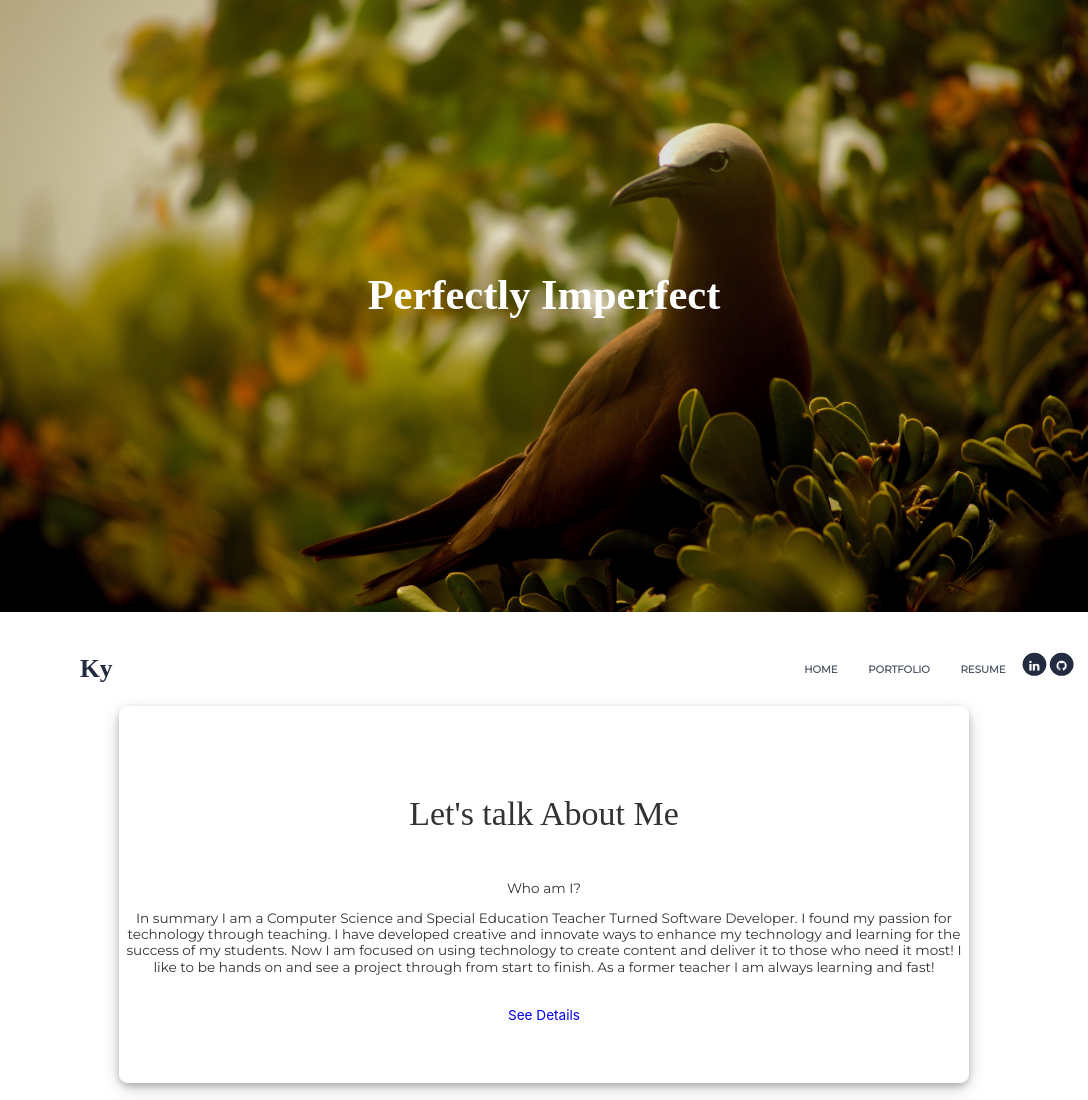
Repository: kkyler24/Perfectly-Imperfect
Page: / (app in imperfect/)
These files come from the project's save history. The page is drawn as it stood at one moment and after the next save; the edit follows.
The browser window is 1280 px wide. The pictures show the whole page, at 85% of full size.
Backgrounds fixed to the window are drawn as part of the page. Some web fonts or font styles are not loaded; a fallback is used. The project was rebuilt for these pictures with package versions that can differ from the ones it lists, and the page was loaded fresh each time.

Above is the page before, as saved 2020-08-06 13:47:10.

After the next save:
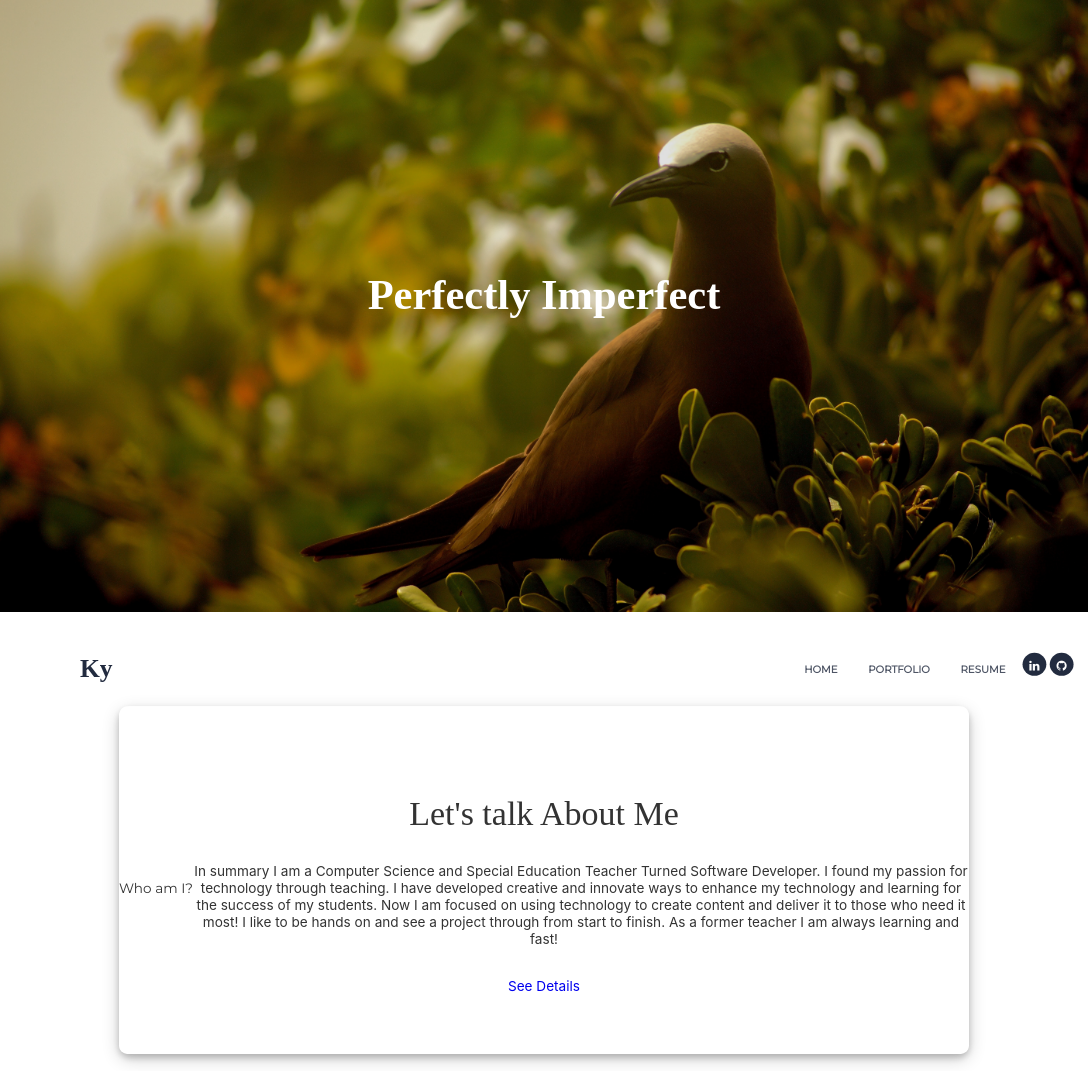
Saved 16 s later.
--- a/imperfect/src/Components/aboutMeIndex/aboutme.js
+++ b/imperfect/src/Components/aboutMeIndex/aboutme.js
@@ -9,20 +9,17 @@ function Aboutme() {
           <div class="row">
             <div class="ml-auto mr-auto col-md-8">
               <h2 class="titleAB">Let's talk About Me</h2>
-              <h4 class="descriptionAB">
-                {" "}
-                Who am I?
-                <p>
-                  In summary I am a Computer Science and Special Education
-                  Teacher Turned Software Developer. I found my passion for
-                  technology through teaching. I have developed creative and
-                  innovate ways to enhance my technology and learning for the
-                  success of my students. Now I am focused on using technology
-                  to create content and deliver it to those who need it most! I
-                  like to be hands on and see a project through from start to
-                  finish. As a former teacher I am always learning and fast!
-                </p>
-              </h4>
+              <h4 class="descriptionAB"> Who am I?</h4>
+              <p>
+                In summary I am a Computer Science and Special Education Teacher
+                Turned Software Developer. I found my passion for technology
+                through teaching. I have developed creative and innovate ways to
+                enhance my technology and learning for the success of my
+                students. Now I am focused on using technology to create content
+                and deliver it to those who need it most! I like to be hands on
+                and see a project through from start to finish. As a former
+                teacher I am always learning and fast!
+              </p>
               <br />
               <a href="#pablo" class="btn-round btn btn-info">
                 See Details
